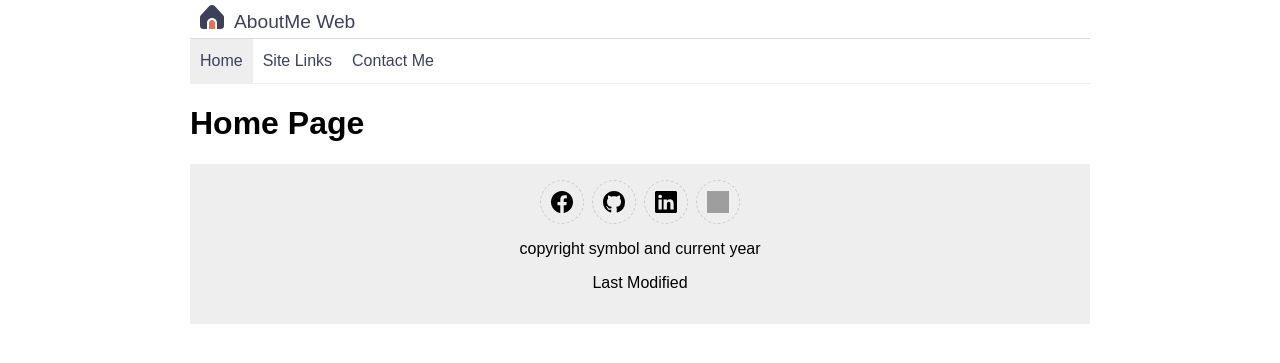
Repository: JoyUdoh106/wdd231
Page: index.html
An editor plug-in stored every save of this project. The page is shown before and after a run of saves, followed by the edit.
The browser window is 1280 px wide. The pictures show the whole page.
Pictures or frames that could not be fetched are drawn as grey boxes.

Above is the page before, as saved 2026-01-10 20:24:56.

### index.html
<!DOCTYPE html>
<html lang="en">
<head>
    <meta charset="UTF-8">
    <meta name="viewport" content="width=device-width, initial-scale=1.0">
    <title>Joy Paulinus Udoh Site | Home Page</title>
    <meta name="description" content="My Site">
    <meta name="author" content="Joy Paulinus Udoh">

    <!-- Style Sheets Here -->
    <link rel="stylesheet" href="styles/base.css">
    <link rel="stylesheet" href="styles/larger.css">
    <link rel="stylesheet" href="styles/normalize.css">

</head>
<body>
    <header>
        <img src="images/home.svg" alt="Site Logo" width="512" height="512">
        <span>AboutMe Web</span>
        <button id="ham-btn" class="hamburger"></button>
    </header>
    <nav id="nav-bar" class="navigation">
        <ul>
            <li class="current"><a href="#">Home</a></li>
            <li><a href="#">Site Links</a></li>
            <li><a href="#">Contact Me</a></li>
        </ul>
    </nav>
    <main>
        <h1>Home Page</h1>
    </main>
    <footer>
        <div class="social">
            <a href="" target="_blank"><img src="images/facebook.svg" alt="facebook" width="16" height="16"></a>
            <a href="" target="_blank"><img src="images/github.svg" alt="github" width="16" height="16"></a>
            <a href="" target="_blank"><img src="images/linkedin.svg" alt="" width="16" height="16"></a>
            <a href="" target="_blank"><img src="images/microsoft-teams.svg" alt="" width="16" height="16"></a>
        </div>
        <p>copyright symbol and current year</p>
        <p>Last Modified</p>
    </footer>
    <script src="scripts/navigation.js"></script>
</body>
</html>

### styles/base.css
/* --------- Color Scheme ----------
terra cotta #E2725B
deep slate blue #3D405B,
*/

/********************** SITE WIDE *************************/
* {
    font-family: "Josefin Sans", sans-serif;
    box-sizing: border-box;
}

/********************* HEADER *********************/
header {
    display: grid;
    grid-template-columns: 24px auto 44px;
    padding: 5px 0 5px 10px;
    align-items: end;
    border-bottom: solid 1px #ddd;
    column-gap: 10px;
}

header img {
    display: block;
    width: 100%;
    height: auto;
    padding-bottom: 4px;
}

header span {
    font-size: 1.2rem;
    color: #3D405B;
}

/********************* HAMBURGER *********************/
.hamburger {
    background-color: none;
    border: none;
    font-size: 2rem;
    color: #3D405B;
    cursor: pointer;
    font-family: Verdana, Geneva, Tahoma, sans-serif;
}

.hamburger::before {
    content: "\2630";
}

.hamburger.show::before {
    content: "\00D7";
}

/********************* NAVIGATION *********************/
.navigation {
    display: none;
}

.navigation.show {
    display: block;
}

.navigation ul {
    list-style-type: none;
    margin: 0;
    padding: 0;
}

.navigation a {
    display: block;
    padding: .8rem 10px;
    color: #3D405B;
    text-decoration: none;
    border-bottom: solid 1px #ddd;
}

.navigation li.current {
    background-color: #eee;
}

.navigation a:hover {
    background-color: #E2725B;
}


h1 {
    margin-left: 10px;
}

/************************** FOOTER **************************/
footer {
    background-color: #eee;
    padding: 1rem 10px;
    text-align: center;
}

.social {
    display: flex;
    justify-content: center;
    column-gap: 8px;
}

.social a {
    display: flex;
    justify-content: center;
    align-items: center;
    width: 44px;
    height: 44px;
    border: #ccc dashed 1px;
    border-radius: 22px;
}

.social img {
    width: 22px;
    height: 22px;
}

.social a:hover {
    background-color: #ddd;
}

### styles/larger.css
@media only screen and (min-width: 38rem) {
    header, main, nav, footer {
        max-width: 900px;
        margin: 0 auto;
    }


    header {
        grid-template-columns: 24px auto;
    }

    .hamburger {
        display: none;
    }


    .navigation {
        display: block;
        border-bottom: solid 1px #eee;
    }

    .navigation ul {
        display: flex;
    }

    .navigation a {
        border: none;
    }

}

### images/home.svg
<?xml version="1.0" encoding="UTF-8"?>
<!-- Generator: Adobe Illustrator 25.0.0, SVG Export Plug-In . SVG Version: 6.00 Build 0)  -->
<svg xmlns="http://www.w3.org/2000/svg" xmlns:xlink="http://www.w3.org/1999/xlink" version="1.1" id="Capa_1" x="0px" y="0px" viewBox="0 0 512 512" style="enable-background:new 0 0 512 512;" xml:space="preserve" width="512" height="512">
	<g>
		<path d="M362.667,383.841v128H448c35.346,0,64-28.654,64-64V253.26c0.005-11.083-4.302-21.733-12.011-29.696l-181.29-195.99    c-31.988-34.61-85.976-36.735-120.586-4.747c-1.644,1.52-3.228,3.103-4.747,4.747L12.395,223.5    C4.453,231.496-0.003,242.31,0,253.58v194.261c0,35.346,28.654,64,64,64h85.333v-128c0.399-58.172,47.366-105.676,104.073-107.044    C312.01,275.383,362.22,323.696,362.667,383.841z" fill="#3D405B"/>
		<path d="M256,319.841c-35.346,0-64,28.654-64,64v128h128v-128C320,348.495,291.346,319.841,256,319.841z" fill="#E2725B"/>
	</g>

</svg>

### scripts/navigation.js
// Store the selected elements that we are going to use
const navbutton = document.querySelector('#ham-btn');
const navlinks = document.querySelector('#nav-bar');

// Toggle the show class off and on
navbutton.addEventListener('click', () => {
    navbutton.classList.toggle('show');
    navlinks.classList.toggle('show');
});

### images/facebook.svg
<svg xmlns="http://www.w3.org/2000/svg" width="16" height="16" fill="currentColor" class="bi bi-facebook" viewBox="0 0 16 16">
  <path d="M16 8.049c0-4.446-3.582-8.05-8-8.05C3.58 0-.002 3.603-.002 8.05c0 4.017 2.926 7.347 6.75 7.951v-5.625h-2.03V8.05H6.75V6.275c0-2.017 1.195-3.131 3.022-3.131.876 0 1.791.157 1.791.157v1.98h-1.009c-.993 0-1.303.621-1.303 1.258v1.51h2.218l-.354 2.326H9.25V16c3.824-.604 6.75-3.934 6.75-7.951"/>
</svg>

### images/github.svg
<svg xmlns="http://www.w3.org/2000/svg" width="16" height="16" fill="currentColor" class="bi bi-github" viewBox="0 0 16 16">
  <path d="M8 0C3.58 0 0 3.58 0 8c0 3.54 2.29 6.53 5.47 7.59.4.07.55-.17.55-.38 0-.19-.01-.82-.01-1.49-2.01.37-2.53-.49-2.69-.94-.09-.23-.48-.94-.82-1.13-.28-.15-.68-.52-.01-.53.63-.01 1.08.58 1.23.82.72 1.21 1.87.87 2.33.66.07-.52.28-.87.51-1.07-1.78-.2-3.64-.89-3.64-3.95 0-.87.31-1.59.82-2.15-.08-.2-.36-1.02.08-2.12 0 0 .67-.21 2.2.82.64-.18 1.32-.27 2-.27s1.36.09 2 .27c1.53-1.04 2.2-.82 2.2-.82.44 1.1.16 1.92.08 2.12.51.56.82 1.27.82 2.15 0 3.07-1.87 3.75-3.65 3.95.29.25.54.73.54 1.48 0 1.07-.01 1.93-.01 2.2 0 .21.15.46.55.38A8.01 8.01 0 0 0 16 8c0-4.42-3.58-8-8-8"/>
</svg>

### images/linkedin.svg
<svg xmlns="http://www.w3.org/2000/svg" width="16" height="16" fill="currentColor" class="bi bi-linkedin" viewBox="0 0 16 16">
  <path d="M0 1.146C0 .513.526 0 1.175 0h13.65C15.474 0 16 .513 16 1.146v13.708c0 .633-.526 1.146-1.175 1.146H1.175C.526 16 0 15.487 0 14.854zm4.943 12.248V6.169H2.542v7.225zm-1.2-8.212c.837 0 1.358-.554 1.358-1.248-.015-.709-.52-1.248-1.342-1.248S2.4 3.226 2.4 3.934c0 .694.521 1.248 1.327 1.248zm4.908 8.212V9.359c0-.216.016-.432.08-.586.173-.431.568-.878 1.232-.878.869 0 1.216.662 1.216 1.634v3.865h2.401V9.25c0-2.22-1.184-3.252-2.764-3.252-1.274 0-1.845.7-2.165 1.193v.025h-.016l.016-.025V6.169h-2.4c.03.678 0 7.225 0 7.225z"/>
</svg>

Loaded but not shown: styles/normalize.css (library)

After the next 4 saves:
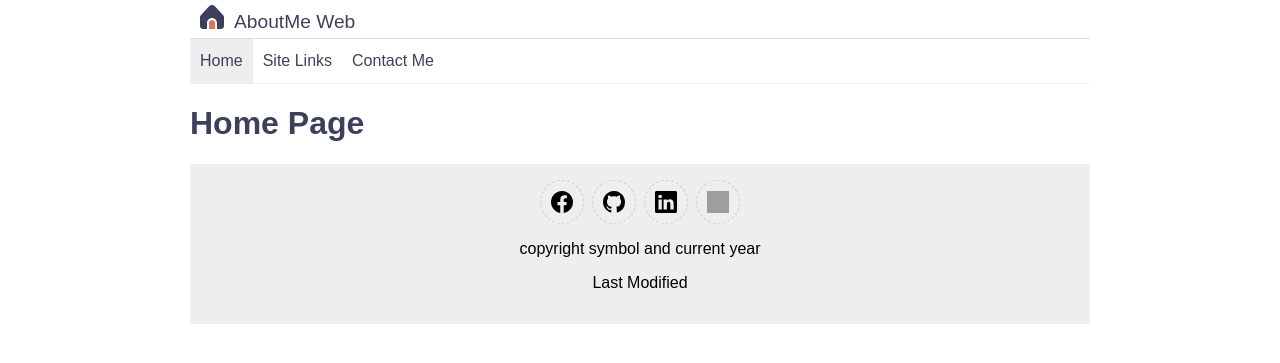
The 4 saves are shown as one change because they came seconds apart.
The last was saved 50 s later.
--- a/styles/base.css
+++ b/styles/base.css
@@ -83,6 +83,7 @@ header span {
 
 h1 {
     margin-left: 10px;
+    color: #3D405B;
 }
 
 /************************** FOOTER **************************/
